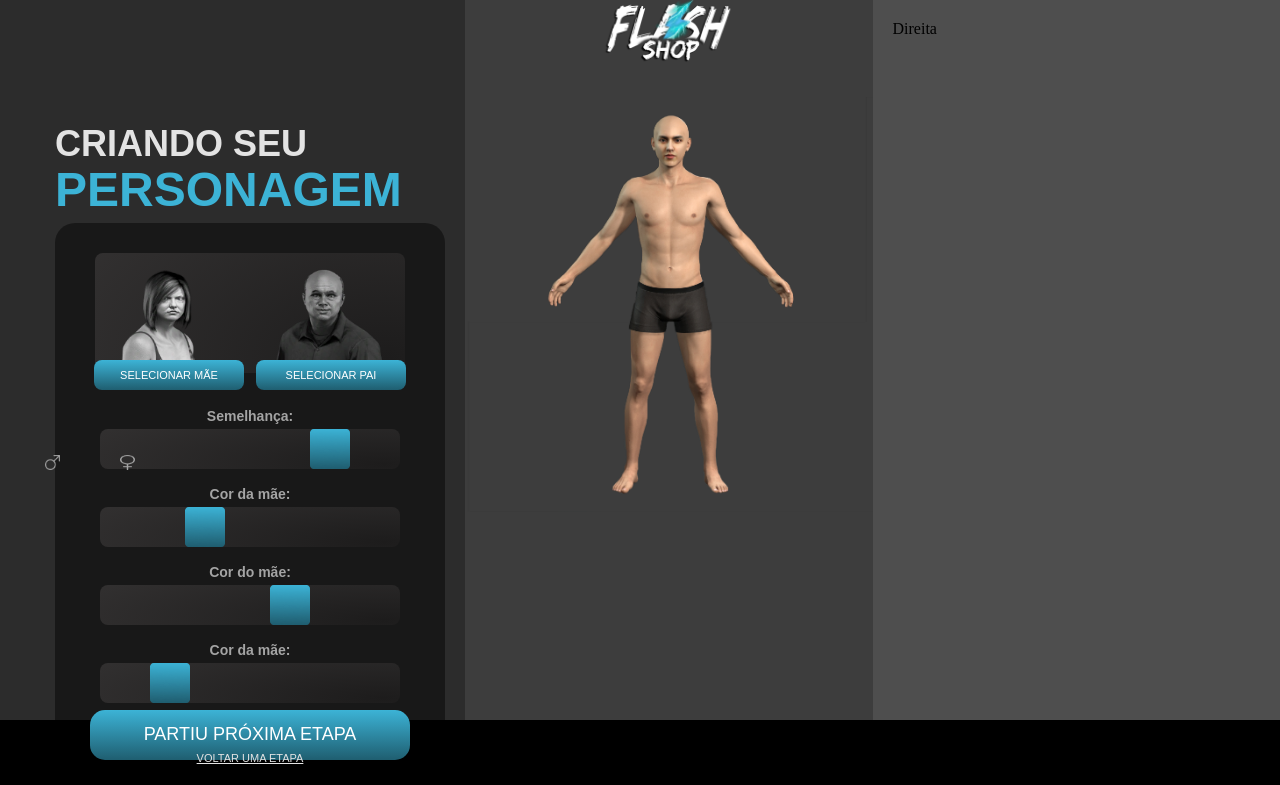
Repository: DuMCorrea/CriandoPerso
Page: index.html
The author's editor kept a copy of each file at every save. The page is drawn from the files as they stood at one save, then again after the next save.
The browser window is 1280 px wide. The pictures show the whole page.

Above is the page before, as saved 2024-08-29 15:39:47.

### index.html
<!DOCTYPE html>
<html lang="en">
<head>
    <meta charset="UTF-8">
    <meta name="viewport" content="width=device-width, initial-scale=1.0">
    <title>Dividindo a Tela com Imagens</title>
    <link rel="stylesheet" href="styles.css">
</head>
<body>
    <div class="container">
        <div class="left">
            <h1 class="title">
                <span class="part1">CRIANDO SEU</span>
                <span class="part2">PERSONAGEM</span>
            </h1>
            <div class="vertical-rectangle">
                <div class="image-rectangle">
                    <img src="assets/mulher.png" alt="Imagem 1" class="rectangle-image">
                    <img src="assets/homem.png" alt="Imagem 2" class="rectangle-image">
                </div>
                <div class="button-group">
                    <button class="top-button">SELECIONAR MÃE</button>
                    <button class="top-button">SELECIONAR PAI</button>
                </div>
                <div class="rectangles-group">
                    <div class="image-container">
                        <img src="assets/Fem.png" alt="Imagem 1" class="small-image left-image">
                        <img src="assets/Masc.png" alt="Imagem 2" class="small-image right-image">
                    </div>
                    <div class="rectangle-title">Semelhança:</div>
                    <div class="gradient-rectangle">
                        <img src="assets/quadradoAzul.png" alt="Imagem 1" class="small-image1">
                    </div>

                    <div class="rectangle-title">Cor da mãe:</div>
                    <div class="gradient-rectangle">
                        <img src="assets/quadradoAzul.png" alt="Imagem 2" class="small-image2">
                    </div>

                    <div class="rectangle-title">Cor do mãe:</div>
                    <div class="gradient-rectangle">
                        <img src="assets/quadradoAzul.png" alt="Imagem 3" class="small-image3">
                    </div>

                    <div class="rectangle-title">Cor da mãe:</div>
                    <div class="gradient-rectangle">
                        <img src="assets/quadradoAzul.png" alt="Imagem 4" class="small-image4">
                    </div>
                </div>
                <button class="rectangle-button">PARTIU PRÓXIMA ETAPA</button>
                <button class="back-button">VOLTAR UMA ETAPA</button>
            </div>
        </div>
        <div class="center">
            <img src="assets/FlashStore 1 (1).png" alt="Imagem 1" class="top-image">
            <img src="assets/boneco 2.png" alt="Imagem 2" class="center-image">
        </div>
        <div class="right">Direita</div>
    </div>
</body>

</html>

### styles.css
body, html {
    margin: 0;
    padding: 0;
    height: 100%;
    display: flex;
    justify-content: center;
    align-items: center;
    background-color: #000; /* Fundo escuro */
}

.container {
    display: flex;
    width: 100%;
    height: 100%;
}

.container > div {
    flex: 1; /* Cada div ocupa 1/3 do espaço disponível */
    height: 100%;
    padding: 20px;
    box-sizing: border-box;
}



/* PARTE ESQUERDA */



.left {
    background-color: #2c2c2c;
    display: flex;
    flex-direction: column;
    justify-content: flex-start;
    align-items: flex-start;

}

.title {
    margin: 100px 0 0 0; /* Adiciona margem superior para mover o título para baixo */
    padding: 0;
}

.part1 {
    font-family: 'Baloo Bhai', sans-serif;
    font-size: 36px;
    font-weight: 700; /* Aumenta o peso da fonte para deixá-la mais grossa */
    line-height: 48px;
    text-align: left;
    color: #E3E3E3;
    display: block;
    margin-bottom: -10px; /* Reduz a distância entre as duas partes do título */
    margin-left: 35px;
}

.part2 {
    font-family: 'Baloo Bhai', sans-serif;
    font-size: 48px;
    font-weight: 700; /* Aumenta o peso da fonte para deixá-la mais grossa */
    line-height: 64px;
    text-align: left;
    color: #3CB3D6;
    display: block;
    margin-left: 35px;
}

.vertical-rectangle {
    width: 390px; /* Largura do retângulo */
    height: 630px; /* Altura do retângulo */
    background: #00000075; /* Cor de fundo com opacidade */
    border-radius: 20px; /* Bordas arredondadas */
    margin-left: 35px; /* Alinhamento com o título */
    margin-top: 1px; /* Espaço entre o título e o retângulo */
    display: flex;
    flex-direction: column;
    justify-content: space-between; /* Distribui o espaço */
    align-items: center; /* Centraliza os conteúdos */
}


.rectangle-button {
    width: 320px; /* Largura do botão */
    height: 50px; /* Altura do botão */
    background: linear-gradient(180deg, #3CB3D6 0%, #1F5E70 100%); /* Gradiente de cor */
    border-radius: 15px; /* Bordas arredondadas */
    border: none; /* Remove borda padrão do botão */
    color: white; /* Cor do texto */
    font-family: 'Baloo Bhai', sans-serif;
    font-size: 18px; /* Tamanho do texto */
    display: flex;
    justify-content: center; /* Centraliza horizontalmente */
    align-items: center; /* Centraliza verticalmente */
    margin-bottom: -15px; /* Ajusta o espaçamento superior */
    cursor: pointer;
}

.back-button {
    background: none; /* Remove o fundo */
    border: none; /* Remove a borda */
    color: #E3E3E3; /* Cor do texto */
    font-family: 'Baloo Bhai', sans-serif;
    font-size: 11px; /* Tamanho do texto */
    margin-bottom: 20px; /* Espaçamento superior ajustado */
    text-decoration: underline; /* Adiciona sublinhado */
    cursor: pointer; /* Muda o cursor ao passar por cima */
}


.button-group {
    display: flex;
    justify-content: space-between; /* Espaça os botões igualmente */
    width: 0%; /* Largura igual à do retângulo */
    padding: 10px 20px; /* Adiciona espaçamento ao redor dos botões */
}

.top-button {
    width: 50px; /* Largura dos botões */
    height: 40px; /* Altura dos botões */
    background: linear-gradient(180deg, #3CB3D6 0%, #1F5E70 100%); /* Gradiente de cor */
    border-radius: 15px; /* Bordas arredondadas */
    border: none; /* Remove borda padrão do botão */
    color: white; /* Cor do texto */
    font-family: 'Baloo Bhai', sans-serif;
    font-size: 16px; /* Tamanho do texto */
    display: flex;
    justify-content: center; /* Centraliza horizontalmente */
    align-items: center; /* Centraliza verticalmente */
    cursor: pointer;
}




.gradient-rectangle {
    width: 300px; /* Largura igual ao botão */
    height: 40px; /* Altura padrão para cada retângulo, ajuste conforme necessário */
    background: radial-gradient(547.21% 823.76% at 94.51% 88.04%, #1D1C1C 0%, #837E7E 100%);
    border-radius: 8px; /* Bordas arredondadas, igual ao botão */
    margin-bottom: 1px; /* Diminui a distância entre os retângulos */
    margin-top: 38px;
    margin-left: 0px;
}

.rectangle-title {
    width: 300px; /* Largura igual ao botão e retângulos */
    height: 30px; /* Altura do título */
    border-radius: 8px; /* Bordas arredondadas */
    display: flex;
    align-items: center; /* Centraliza verticalmente o texto */
    justify-content: center; /* Centraliza horizontalmente o texto */
    color: #A4A4A4; /* Cor do texto */
    font-weight: 700;
    font-family: 'Baloo Bhai', sans-serif;
    font-size: 14px; /* Tamanho do texto */
    margin-bottom: -40px; /* Espaçamento entre o título e o retângulo */
    margin-top: 10px;

}

.image-container {
    width: 50%;
    display: flex;
    justify-content: space-between; /* Coloca uma imagem em cada lado */
    position: absolute; /* As imagens ficam fora do fluxo normal */
    top: 10px; /* Ajusta a posição acima do retângulo */
    padding: 0 10px; /* Espaçamento lateral entre as bordas */
}

.small-image {
    width: 15px; /* Define o tamanho da imagem */
    height: 15px;
}

.left-image {
    position: relative;
    left: 10px;
    top: 445px;
}

.right-image {
    position: relative;
    right: 690px;
    top: 445px
}

.small-image1 {
    width: 40px;
    height: 40px;
    left: 210px;
    position: relative;
}
.small-image2 {
    width: 40px;
    height: 40px;
    left: 85px;
    position: relative;
}
.small-image3 {
    width: 40px;
    height: 40px;
    left: 170px;
    position: relative;
}
.small-image4 {
    width: 40px;
    height: 40px;
    left: 50px;
    position: relative;
}

.button-group {
    display: flex;
    justify-content: space-between; /* Espaça os botões igualmente */
    width: 80%; /* Largura do grupo de botões */
    height: 1%;
    top: 1px;
    position: relative;
}

.top-button {
    width: 150px; /* Largura dos botões */
    height: 30px; /* Altura dos botões */
    background: linear-gradient(180deg, #3CB3D6 0%, #1F5E70 100%); /* Gradiente de cor */
    border-radius: 8px; /* Bordas arredondadas */
    border: none; /* Remove borda padrão do botão */
    color: white; /* Cor do texto */
    font-family: 'Baloo Bhai', sans-serif;
    font-size: 11px; /* Tamanho do texto */
    cursor: pointer;
}

.rectangles-group {
    margin-top: 10px; /* Ajusta o espaçamento superior */
}

.image-rectangle {
    width: 290px; /* Largura do retângulo */
    height: 120px; /* Altura do retângulo */
    background: radial-gradient(547.21% 823.76% at 94.51% 88.04%, #1D1C1C 0%, #837E7E 100%); /* Gradiente de fundo */
    border-radius: 8px; /* Bordas arredondadas */
    display: flex;
    justify-content: space-between; /* Espaça as imagens igualmente */
    align-items: center; /* Centraliza verticalmente */
    padding: 0 10px; /* Espaçamento lateral interno */
    position: relative;
    top: 30px;
}

.rectangle-image {
    width: 110px; /* Largura das imagens */
    height: 110px; /* Altura das imagens */
    position: relative;
    right: 10px;
    top: 5px;
}

/* PARTE CENTRAL */



.center {
    background-color: #3d3d3d; /* Cor de fundo para a div central */
    display: flex;
    flex-direction: column;
    align-items: center;
    justify-content: space-between; /* Distribui o espaço entre as imagens */
}


.top-image {
    max-width: 40%;
    height: auto;
    margin-top: -60px;
}

.center-image {
    max-width: 200%;
    height: auto;
    margin-top: auto; /* Centraliza verticalmente */
    margin-bottom: 200px;
}


/* PARTE DIREITA */



.right {
    background-color: #4e4e4e; /* Cor de fundo para a div direita */
}

After the next save:
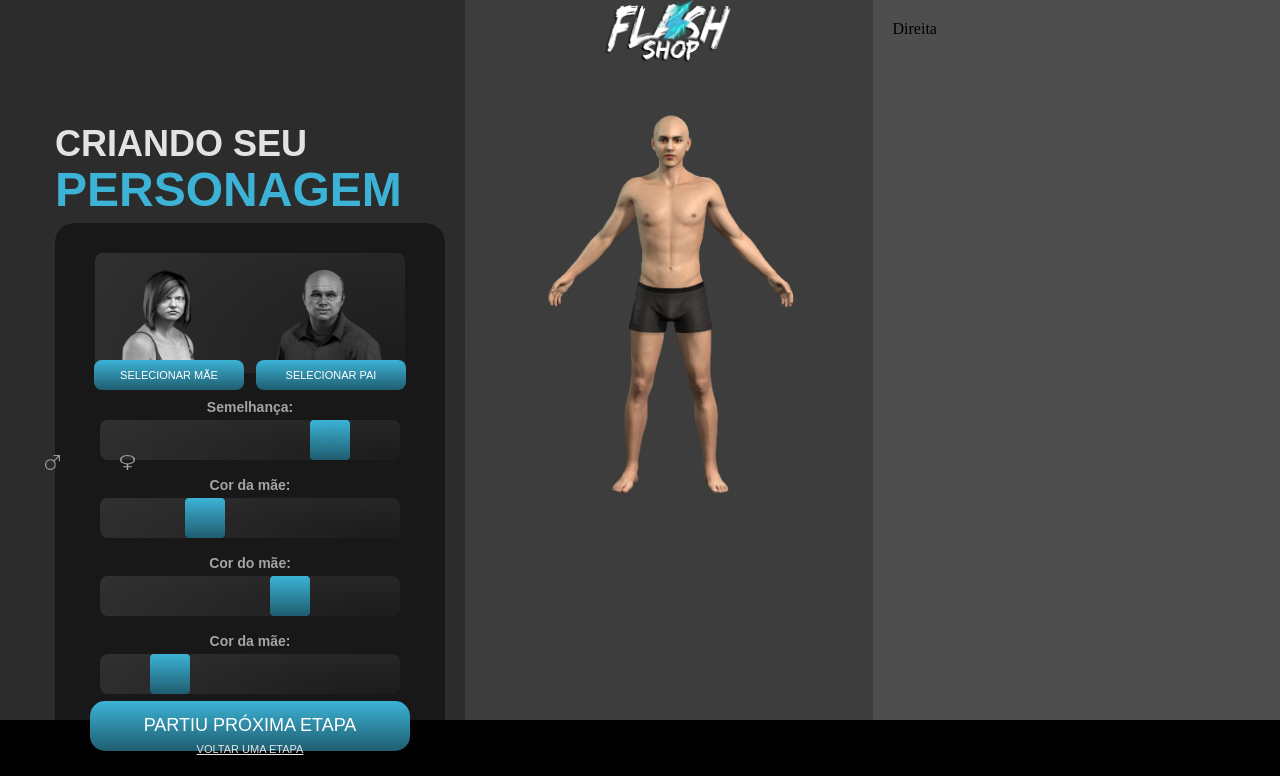
Saved 26 min 34 s later.
--- a/styles.css
+++ b/styles.css
@@ -230,7 +230,7 @@
 }
 
 .rectangles-group {
-    margin-top: 10px; /* Ajusta o espaçamento superior */
+    margin-top: 1px; /* Ajusta o espaçamento superior */
 }
 
 .image-rectangle {
